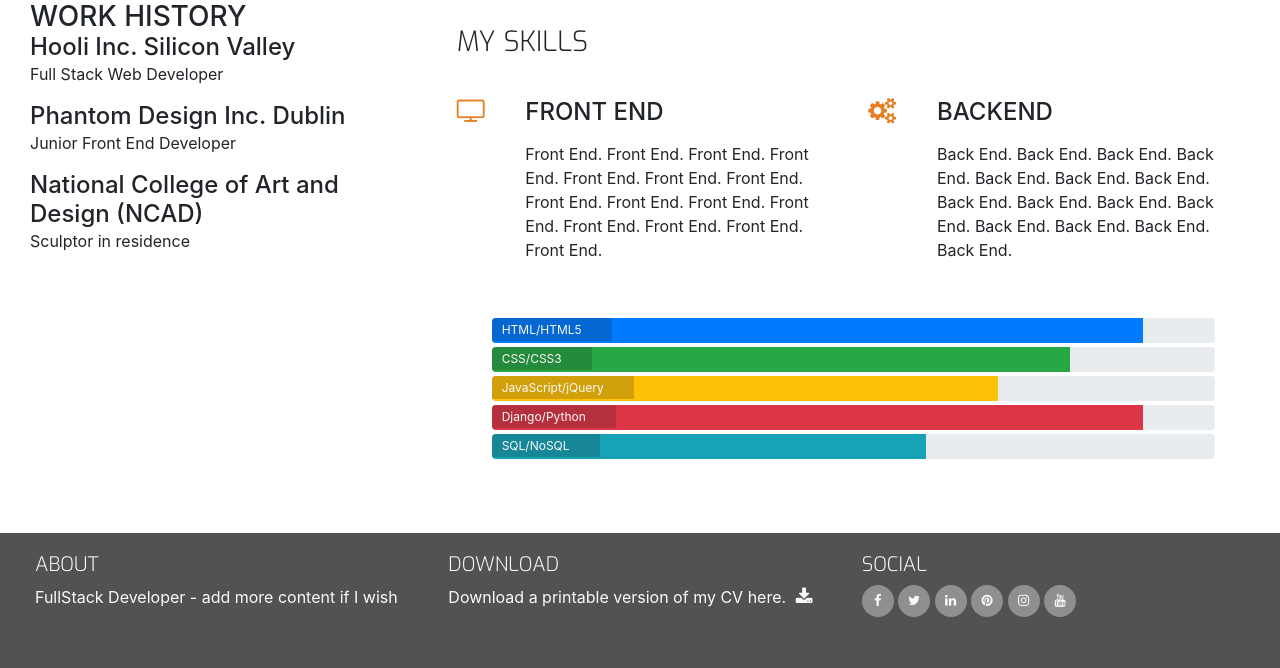
Repository: JustWhiteGit/Rosies-Resume
Page: resume.html
The author's editor kept a record of every edit. The page is drawn from the files as they stood at one moment, then again after the next edit.
The browser window is 1280 px wide. The pictures show the part of the page from y = 369 to 1037 px (the page is 1037 px tall).

Above is the page before.

### resume.html
<!DOCTYPE html>
<html lang="en">

<head>
    <meta charset="UTF-8">
    <meta name="viewport" content="width=device-width, initial-scale=1.0">
    <meta http-equiv="X-UA-Compatible" content="ie=edge">
    <link rel="stylesheet" href="https://stackpath.bootstrapcdn.com/bootstrap/4.3.1/css/bootstrap.min.css" type="text/css" />
    <link rel="stylesheet" href="https://stackpath.bootstrapcdn.com/font-awesome/4.7.0/css/font-awesome.min.css" type="text/css" />
    <link rel="stylesheet" href="https://cdnjs.cloudflare.com/ajax/libs/hover.css/2.3.1/css/hover-min.css" type="text/css" />
    <link rel="stylesheet" href="assets/css/styles.css" type="text/css" />
    <title>Rosie</title>
</head>

<body>
    <header>
        <div class="row no-gutters">
            <a href="index.html" class="col-md-4 logo"></a>
            <div class="col-md-8">
                <div class="row no-gutters bg-color-name-title">
                    <div class="col heading">
                        <h1 class="name">Rosie Odenkirk</h1>
                        <h2 class="title">Full Stack Developer</h2>
                    </div>
                </div>
                <div class="row no-gutters">
                    <div class="col">
                        <ul id="nav" class="list-inline menucontainer">
                            <li class="col-6 col-sm-3 ui-menu-color-home list-inline-item menuitem">
                                <a href="#" class="hvr-sweep-to-bottom"><i class="fa fa-home" aria-hidden="true"></i><span>Home</span></a>
                            </li>
                            <li class="col-6 col-sm-3 ui-menu-color-resume list-inline-item menuitem">
                                <a href="#" class="hvr-sweep-to-bottom"><i class="fa fa-graduation-cap" aria-hidden="true"></i><span>Resume</span></a>
                            </li>
                            <li class="col-6 col-sm-3 ui-menu-color-contact list-inline-item menuitem">
                                <a href="#" class="hvr-sweep-to-bottom"><i class="fa fa-comment-o" aria-hidden="true"></i><span>Contact</span></a>
                            </li>
                            <li class="col-6 col-sm-3 ui-menu-color-download list-inline-item menuitem">
                                <a href="#" class="hvr-sweep-to-bottom"><i class="fa fa-download" aria-hidden="true"></i><span>Download</span></a>
                            </li>
                        </ul>
                    </div>
                </div>
            </div>
        </div>

    </header>

    <section class="container-fluid">
        <div class="row">
            <div class="col-md-4 bg-color-work-history section-column">
                <div class="row">
                    <div class="col-12">
                        <h3 class="history-heading uppercase">
                            Work History
                        </h3>
                    </div>
                </div>
                <div class="history-items">
                    <div class="timeline-item" data-dates="06/2011 - Present">
                        <h4>Hooli Inc. Silicon Valley</h4>
                        <p>Full Stack Web Developer</p>
                    </div>
                       <div class="timeline-item" data-dates="06/2008 - 06/2011">
                        <h4>Phantom Design Inc. Dublin</h4>
                        <p>Junior Front End Developer</p>
                    </div>
                    <div class="timeline-item" data-dates="02/1998 - 04/2004">
                        <h4>National College of Art and Design (NCAD)</h4>
                        <p>Sculptor in residence</p>
                    </div>


                </div>
            </div>
            <div class="col-md-8 bg-color-three-reasons section-column">
                <div class="row">
                    <div class="col">
                        <h3 class="section-heading uppercase">My Skills </h3>
                    </div>
                </div>
                <div class="row">
                    <div class="col-10 offset-1 offset-sm-0 col-sm-4 col-md-6">
                        <div class="row">
                            <div class="col-2">
                                <i class="three-reasons-icon fa fa-tv" aria-hidden="true"></i>
                            </div>
                            <div class="col-10">
                                <h4 class="three-reasons-heading uppercase">Front End</h4>
                                <p>Front End. Front End. Front End. Front End. Front End. Front End. Front End. Front End. Front End. Front End. Front End. Front End. Front End. Front End. Front End.</p>
                            </div>
                        </div>
                    </div>
                    <div class="col-10 offset-1 offset-sm-0 col-sm-4 col-md-6">
                        <div class="row">
                            <div class="col-2">
                                <i class="three-reasons-icon fa fa-gears" aria-hidden="true"></i>
                            </div>
                            <div class="col-10">
                                <h4 class="three-reasons-heading uppercase">Backend</h4>
                                <p>Back End. Back End. Back End. Back End. Back End. Back End. Back End. Back End. Back End. Back End. Back End. Back End. Back End. Back End. Back End. </p>
                            </div>
                        </div>
                    </div>

                </div>
                <div class="row progress-section">
                    <div class="col">
                        <div class="progress">
                            <div class="progress-bar" role="progressbar" aria-valuenow="90" aria-valuemin="0" aria-valuemax="100" style="width:90%">
                                <span class="sr-only">90% complete</span>
                            </div>
                            <span class="progress-type">HTML/HTML5</span>
                        </div>
                        <div class="progress">
                            <div class="progress-bar bg-success" role="progressbar" aria-valuenow="80" aria-valuemin="0" aria-valuemax="100" style="width:80%">
                                <span class="sr-only">80% complete</span>
                            </div>
                            <span class="progress-type">CSS/CSS3</span>
                        </div>
                        <div class="progress">
                            <div class="progress-bar bg-warning" role="progressbar" aria-valuenow="70" aria-valuemin="0" aria-valuemax="100" style="width:70%">
                                <span class="sr-only">70% complete</span>
                            </div>
                            <span class="progress-type">JavaScript/jQuery</span>
                        </div>
                        <div class="progress">
                            <div class="progress-bar bg-danger" role="progressbar" aria-valuenow="90" aria-valuemin="0" aria-valuemax="100" style="width:90%">
                                <span class="sr-only">90% complete</span>
                            </div>
                            <span class="progress-type">Django/Python</span>
                        </div>
                        <div class="progress">
                            <div class="progress-bar bg-info" role="progressbar" aria-valuenow="60" aria-valuemin="0" aria-valuemax="100" style="width:60%">
                                <span class="sr-only">60% complete</span>
                            </div>
                            <span class="progress-type">SQL/NoSQL</span>
                        </div>
                    </div>
                </div>
            </div>
        </div>
        </div>
    </section>

    <footer class="container-fluid">
        <div id="footer-details" class="row">
            <div class="col-sm-4">
                <h5 class="uppercase general-sub">About</h5>
                <p class="inline-block">
                    FullStack Developer - add more content if I wish
                </p>
            </div>
            <div class="col-sm-4">
                <h5 class="uppercase general-sub">Download</h5>
                <p class="inline-block">
                    Download a printable version of my CV here.
                    <a href="#" target="_blank" class="cv-pdf">
                        <i class="fa fa-download" aria-hidden="true"></i>
                        <span class="sr-only">Download link.</span>
                    </a>
                </p>
            </div>
            <div class="col-sm-4">
                <h5 class="uppercase general-sub">Social</h5>
                <ul class="list-inline social-links">
                    <li class="list-inline-item">
                        <a target="_blank" href="#">
                            <i class="fa fa-facebook" aria-hidden="true"></i>
                            <span class="sr-only">Facebook</span>
                        </a>
                    </li>
                    <li class="list-inline-item">
                        <a target="_blank" href="#">
                            <i class="fa fa-twitter" aria-hidden="true"></i>
                            <span class="sr-only">Twitter</span>
                        </a>
                    </li>
                    <li class="list-inline-item">
                        <a target="_blank" href="#">
                            <i class="fa fa-linkedin" aria-hidden="true"></i>
                            <span class="sr-only">LinkedIn</span>
                        </a>
                    </li>
                    <li class="list-inline-item">
                        <a target="_blank" href="#">
                            <i class="fa fa-pinterest" aria-hidden="true"></i>
                            <span class="sr-only">Pinterest</span>
                        </a>
                    </li>
                    <li class="list-inline-item">
                        <a target="_blank" href="#">
                            <i class="fa fa-instagram" aria-hidden="true"></i>
                            <span class="sr-only">Instagram</span>
                        </a>
                    </li>
                    <li class="list-inline-item">
                        <a target="_blank" href="#">
                            <i class="fa fa-youtube" aria-hidden="true"></i>
                            <span class="sr-only">YouTube</span>
                        </a>
                    </li>
                </ul>

            </div>
        </div>


    </footer>
</body>

</html>

### assets/css/styles.css
@import url('https://fonts.googleapis.com/css?family=Roboto:100,200,300,400,500,600,700|Exo:100,200,300,400,500,600,700');

/*---------------------------------colors*/

.bg-color-name-title {
    background-color: #676767;
}

.bg-color-personal-info {
    background-color: #f4f4f4;
}

.bg-color-three-reasons {
    background-color: #fff;
}

.ui-menu-color-home {
    background-color: #e67e22;
}

.ui-menu-color-resume {
    background-color: #9b59b6;
}

.ui-menu-color-contact {
    background-color: #3498db;
}

.ui-menu-color-download {
    background-color: #525252;
}

/* --------------------------------special paddings/margins/text */

h1,
h2,
h3,
h4 {
    margin: 0;
}

.uppercase {
    text-transform: uppercase;
}

.general-sub {
    font-family: "Exo", sans-serif;
    font-weight: 300;
    color: #fafafa;
}

.row-table {
    display: table;
}


.section-column {
    display: table-cell;
    padding: 0 30px 30px;
    float: none;
}


.section-heading {

    font-family: "Exo", sans-serif;
    font-weight: 300;
    margin-top: 25px;
    margin-bottom: 40px;
}



/* --------------------------------heading */

header {
    margin: 0;
}

.heading {
    margin-left: 50px;
}

.logo {
    background: url("../images/rosie-resume.jpg");
    background-position: center;
    background-repeat: no-repeat;
    background-size: cover;
    min-height: 360px;
    transition: all .5s ease-in-out;
    -moz-transition: all .5s ease-in-out;
    -webkit-transition: all .5s ease-in-out;
}


.name {
    font-family: "Exo", sans-serif;
    font-weight: 100;
    font-size: 46px;
    margin-top: 50px;
    color: #fff;
}

.title {
    font-family: "Roboto", sans-serif;
    font-weight: 200;
    font-size: 28px;
    margin-top: 20px;
    margin-bottom: 90px;
    color: #fff;
}


.list-inline-item:not(:last-child) {
    margin: 0;
}

.menucontainer {
    font-size: 0;
}

#nav {
    margin: 0;
}

#nav li {
    font-size: 14px;
    padding: 0;
}

.menuitem {
    height: 120px;
    text-align: center;
    padding: 0;
}

.menuitem a {
    width: 100%;
    text-decoration: none;
    color: #fff;
    height: 120px;
}

.menuitem a i {
    padding-top: 22px;
    display: block;
    color: #fafafa;
    font-size: 26px;
}

.menuitem span {
    display: block;
    width: 100%;
    padding-top: 5px;
    text-align: center;
    text-transform: uppercase;
    font-size: 14px;
    font-weight: 300;
    letter-spacing: 2px;
}

/* --------------------------------hover.css */

.hvr-sweep-to-bottom:before {
    background-color: rgba(0, 0, 0, 0.2);
    height: 120px;
}


/* --------------------------------footer */

footer {
    background-color: #525252;
    color: #fafafa;
    min-height: 120px;
    margin: 0;
}

.cv-pdf i {
    font-size: 18px;
    color: #fafafa;
    text-align: center;
    padding-left: 5px;
    transition: all 0.35s ease-in-out;
    -moz-transition: all 0.35s ease-in-out;
    -webkit-transition: all 0.35s ease-in-out;
    -o-transition: all 0.35s ease-in-out;
}

.cv-pdf i:hover {
    color: #e84610;
}

.social-links {
    padding-bottom: 15px;
}

.social-links li a i {
    width: 32px;
    height: 32px;
    padding: 12px 0;
    border-radius: 50%;
    font-size: 13px;
    line-height: 7px;
    text-align: center;
    color: #fafafa;
    background: #8f8f8f;
    transition: all 0.35s ease-in-out;
    -moz-transition: all 0.35s ease-in-out;
    -webkit-transition: all 0.35s ease-in-out;
    -o-transition: all 0.35s ease-in-out;
}

.social-links li a i:hover {
    background: #e84610;

}

#footer-details {
    padding: 20px;
}


/* --------------------------------three reasons */

.three-reasons-icon {
    font-size: 26px;
    color: #e67e22;
}

.three-reasons-heading {
    margin-bottom: 15px;
}


/* --------------------------------personal info */

.personal-info-item {
    margin-bottom: 20px;
    display: block;
    clear: both;
}

.personal-info-item .key,
.personal-info-item .value {
    padding-right: 8px;
    display: inline-block;
}

.personal-info-item .key p,
.personal-info-item .value p {
    margin: 0;
}

.personal-info-item .key {
    width: 30%;
    margin-right: 21px;
    padding-top: 2px;
    vertical-align: top;
}

.personal-info-item .key p {
    font-weight: 700;
}


.personal-info-item .value {
    position: relative;
    width: 60%;
}


/* --------------------------------skills */

.progress {
    position: relative;
    height: 25px;
    margin-bottom: 4px;
}

.progress-type {
    position: absolute;
    left: 0px;
    font-weight: 400;
    padding: 3px 30px 2px 10px;
    color: #fafafa;
    background-color: rgba(25, 25, 25, 0.2);
}


.progress-section {
    margin: 40px 20px;
}

After the next edit:
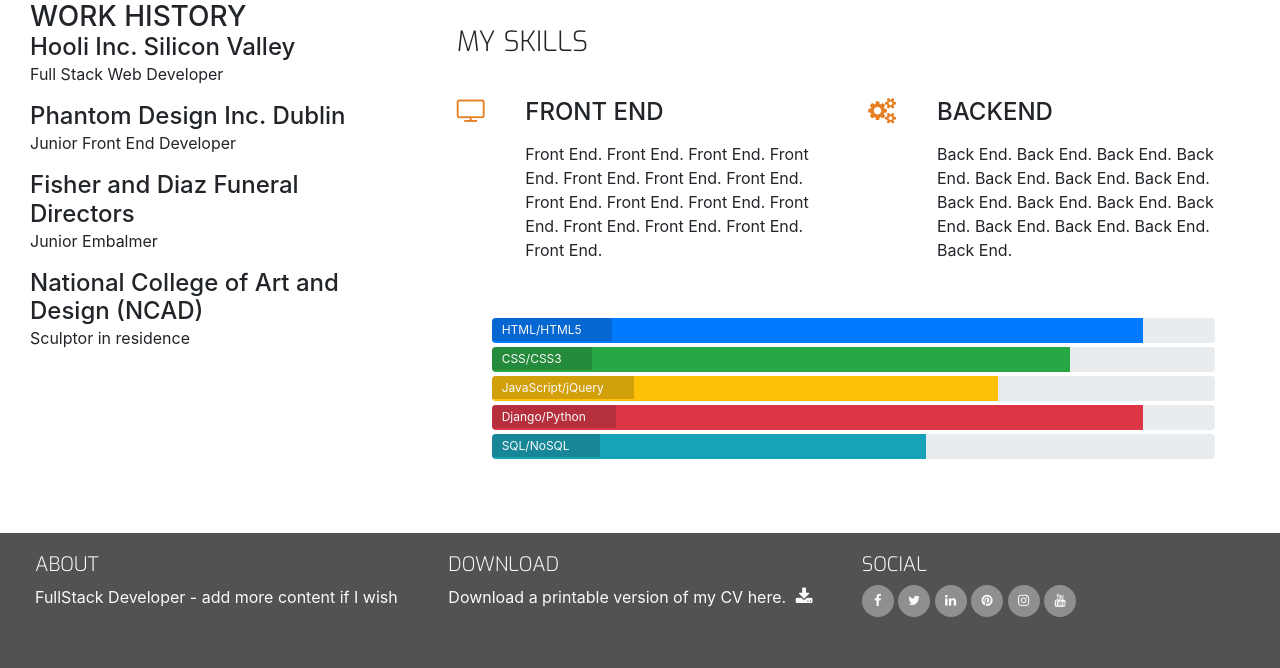
The edit:
--- a/resume.html
+++ b/resume.html
@@ -65,6 +65,10 @@
                         <h4>Phantom Design Inc. Dublin</h4>
                         <p>Junior Front End Developer</p>
                     </div>
+                       <div class="timeline-item" data-dates="04/2004 - 06/2008">
+                        <h4>Fisher and Diaz Funeral Directors</h4>
+                        <p>Junior Embalmer</p>
+                    </div>
                     <div class="timeline-item" data-dates="02/1998 - 04/2004">
                         <h4>National College of Art and Design (NCAD)</h4>
                         <p>Sculptor in residence</p>
